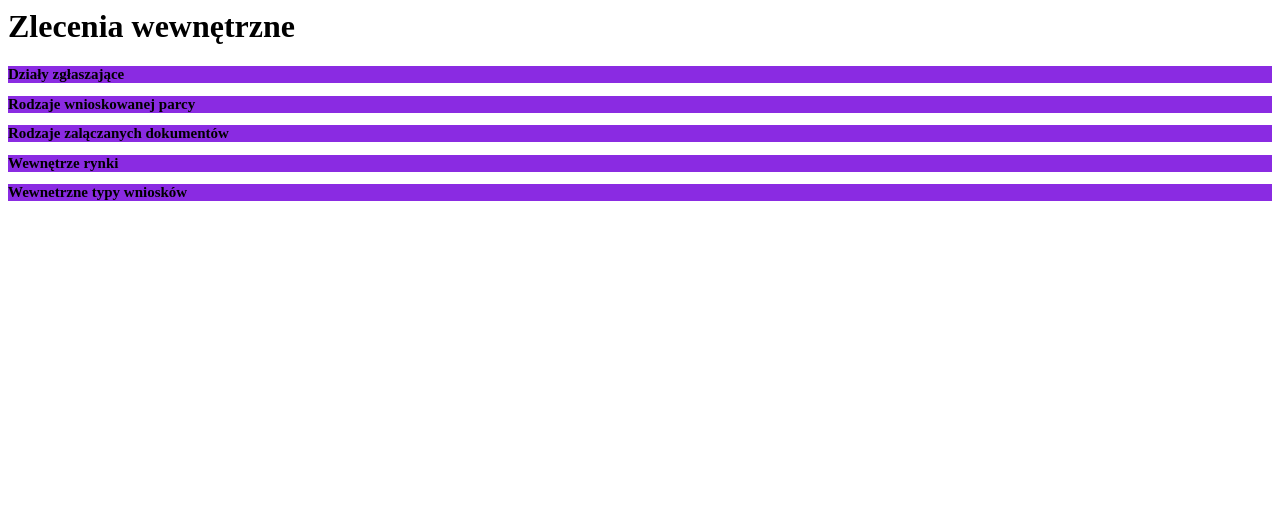
Repository: emdes515/EHpanel
Page: html/dashboardZleceniaWewnetrzne.html
These files come from the project's save history. The page is drawn as it stood at one moment and after the next save; the edit follows.
The browser window is 1280 px wide. The pictures show the whole page.

Above is the page before, as saved 2024-04-18 07:21:11.
Console error: ReferenceError: $ is not defined

### html/dashboardZleceniaWewnetrzne.html
<style>
	h2 {
		font-size: 15px;
		margin-top: 10px;
	}
</style>

<h1 class="text-center w-100">Zlecenia wewnętrzne</h1>

<div class="d-grid w-100 h-100">
	<div class="row" />
		<div
			class="col-4 border-primary"
			style="background-color: blueviolet"
			id="dashboardZleceniaWewnetrzneDzialyZglaszajace">
			<h2>Działy zgłaszające</h2>
			<div id="dashboardZleceniaWewnetrzneDzialyZglaszajacePulpit"></div>
		</div>

		<div
			class="col-4 border-primary"
			style="background-color: blueviolet"
			id="dashboardZleceniaWewnetrzneRodzajeWnioskowanejPracy">
			<h2>Rodzaje wnioskowanej parcy</h2>
			<div id="dashboardZleceniaWewnetrzneRodzajeWnioskowanejPracyPulpit"></div>
		</div>

		<div
			class="col-4 border-primary"
			style="background-color: blueviolet"
			id="dashboardZleceniaWewnetrzneRodzajeZalaczanychDokumentow">
			<h2>Rodzaje zalączanych dokumentów</h2>
			<div id="dashboardZleceniaWewnetrzneRodzajeZalaczanychDokumentowPulpit"></div>
		</div>
	</div>

	<div class="row">
		<div
			class="col-4 border-primary"
			style="background-color: blueviolet"
			id="dashboardZleceniaWewnetrzneRynki">
			<h2>Wewnętrze rynki</h2>
			<div id="dashboardZleceniaWewnetrzneRynkiPulpit"></div>
		</div>

		<div
			class="col-4 border-primary"
			style="background-color: blueviolet"
			id="dashboardZleceniaWewnetrzneTypyWnioskow">
			<h2>Wewnetrzne typy wniosków</h2>
			<div id="dashboardZleceniaWewnetrzneTypyWnioskowPulpit"></div>
		</div>
	</div>

	<script
		type="text/javascript"
		src="js/dashboardZleceniaWewnetrzne.js"></script>
</div>

### js/dashboardZleceniaWewnetrzne.js
$(document).ready(function () {
	const daneJSON = wczytajDane('php/index.php', {
		modul: 'dashboardZleceniaWewnetrzne',
		funkcja: 'wczytaj',
		idPracownika: wczytajDane('php/index.php', {
			modul: 'logowanie',
			funkcja: 'getIdPracownika',
		}).wynik,
	});

	if (daneJSON['menu_zleceniaWewnetrzne_dzialZglaszajacy'].menu_zleceniaWewnetrzne_dzialZglaszajacy)
		$('#dashboardZleceniaWewnetrzneDzialyZglaszajacePulpit').html(
			daneJSON['menu_zleceniaWewnetrzne_dzialZglaszajacy'].html
		);
	else $('#dashboardZleceniaWewnetrzneDzialyZglaszajacePulpit').load('html/brakUprawnien.html');

	if (
		daneJSON['menu_zleceniaWewnetrzne_rodzajWnioskowanejPracy']
			.menu_zleceniaWewnetrzne_rodzajWnioskowanejPracy
	)
		$('#dashboardZleceniaWewnetrzneRodzajeWnioskowanejPracyPulpit').html(
			daneJSON['menu_zleceniaWewnetrzne_rodzajWnioskowanejPracy'].html
		);
	else
		$('#dashboardZleceniaWewnetrzneRodzajeWnioskowanejPracyPulpit').load('html/brakUprawnien.html');

	if (
		daneJSON['menu_zleceniaWewnetrzne_rodzajZalaczanychDokumentow']
			.menu_zleceniaWewnetrzne_rodzajZalaczanychDokumentow
	)
		$('#dashboardZleceniaWewnetrzneRodzajeZalaczanychDokumentowPulpit').html(
			daneJSON['menu_zleceniaWewnetrzne_rodzajZalaczanychDokumentow'].html
		);
	else
		$('#dashboardZleceniaWewnetrzneRodzajeZalaczanychDokumentowPulpit').load(
			'html/brakUprawnien.html'
		);

	if (daneJSON['menu_zleceniaWewnetrzne_rynkek'].menu_zleceniaWewnetrzne_rynkek)
		$('#dashboardZleceniaWewnetrzneRynkiPulpit').html(
			daneJSON['menu_zleceniaWewnetrzne_rynkek'].html
		);
	else $('#dashboardZleceniaWewnetrzneRynkiPulpit').load('html/brakUprawnien.html');

	if (daneJSON['menu_zleceniaWewnetrzne_typWniosku'].menu_zleceniaWewnetrzne_typWniosku)
		$('#dashboardZleceniaWewnetrzneTypyWnioskowPulpit').html(
			daneJSON['menu_zleceniaWewnetrzne_typWniosku'].html
		);
	else $('#dashboardZleceniaWewnetrzneTypyWnioskowPulpit').load('html/brakUprawnien.html');
});

After the next save:
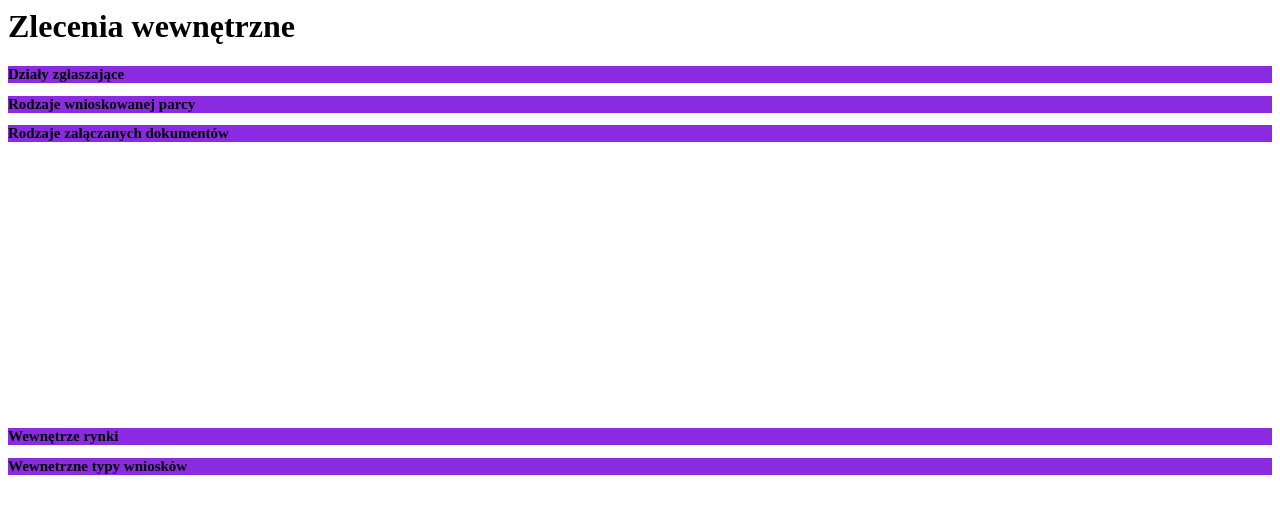
Saved 99 s later.
--- a/html/dashboardZleceniaWewnetrzne.html
+++ b/html/dashboardZleceniaWewnetrzne.html
@@ -8,7 +8,7 @@
 <h1 class="text-center w-100">Zlecenia wewnętrzne</h1>
 
 <div class="d-grid w-100 h-100">
-	<div class="row" />
+	<div class="row" style="height: 50%;"/>
 		<div
 			class="col-4 border-primary"
 			style="background-color: blueviolet"
